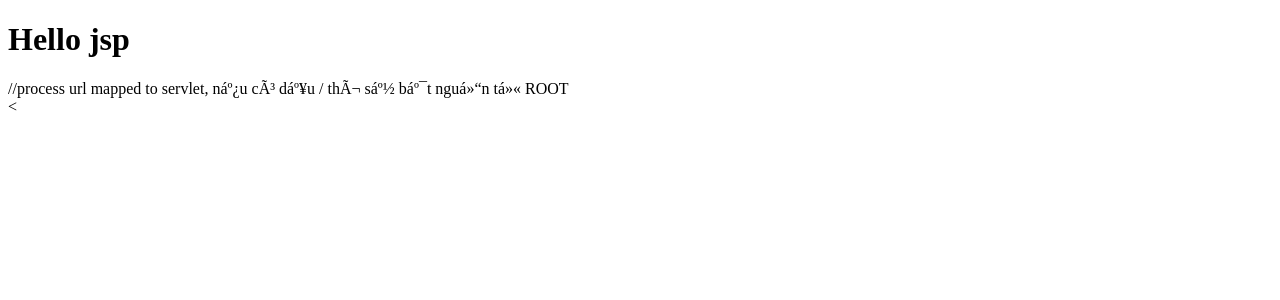
Repository: Vipper105/Restaurant_project
Page: webShop/WebContent/index.html
The author's editor kept a copy of each file at every save. The page is drawn from the files as they stood at one save, then again after the next save.
The browser window is 1280 px wide. The pictures show the whole page.

Above is the page before, as saved 2020-08-10 09:16:27.

### webShop/WebContent/index.html
<!DOCTYPE html>
<html>
<head>
<meta charset="ISO-8859-1">
<title>Req & Res demo</title>
</head>
<body>

<h1>Hello jsp</h1>

<div></div>
//process url mapped to servlet, nếu có dấu / thì sẽ bắt nguồn từ ROOT
<form method="get" action="/login"><</form>
</div>

</body>
</html>

After the next save:
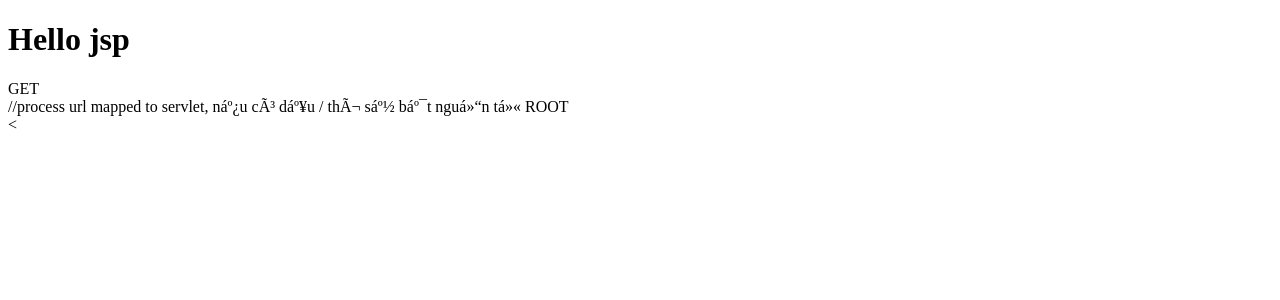
Saved 21 s later.
--- a/webShop/WebContent/index.html
+++ b/webShop/WebContent/index.html
@@ -8,9 +8,10 @@
 
 <h1>Hello jsp</h1>
 
-<div></div>
-//process url mapped to servlet, nếu có dấu / thì sẽ bắt nguồn từ ROOT
-<form method="get" action="/login"><</form>
+<div>
+	GET <br/>
+	//process url mapped to servlet, nếu có dấu / thì sẽ bắt nguồn từ ROOT
+	<form method="get" action="/login"><</form>
 </div>
 
 </body>
